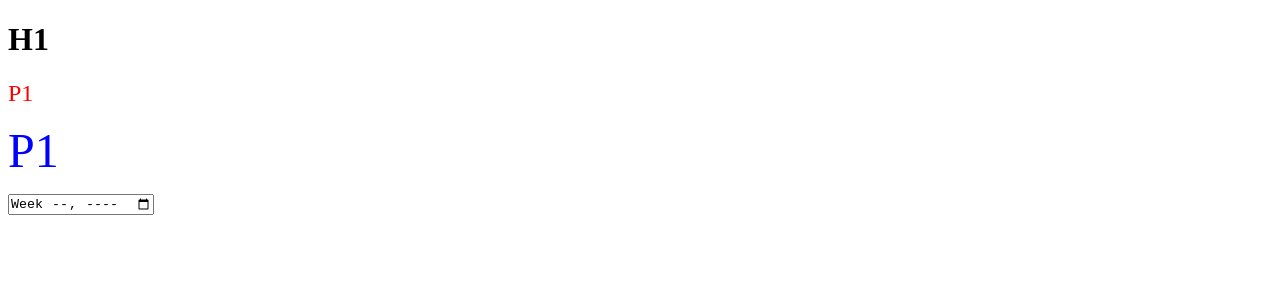
Repository: Vanh260703/Java-Servlet
Page: Bai1_HelloWorld/src/main/webapp/vidu.html
The author's editor kept a copy of each file at every save. The page is drawn from the files as they stood at one save, then again after the next save.
The browser window is 1280 px wide. The pictures show the whole page.

Above is the page before, as saved 2025-02-27 17:02:59.

### Bai1_HelloWorld/src/main/webapp/vidu.html
<!DOCTYPE html>
<html>
<head>
<meta charset="UTF-8">
<title>Insert title here</title>
</head>
<body>
	<h1>H1</h1>
	<p>
		<font color="red" size="5"> P1 </font>
	</p>

	<p>
		<font color="blue" size="10"> P1 </font>
	</p>

	<input type = "week">

</body>
</html>

After the next save:
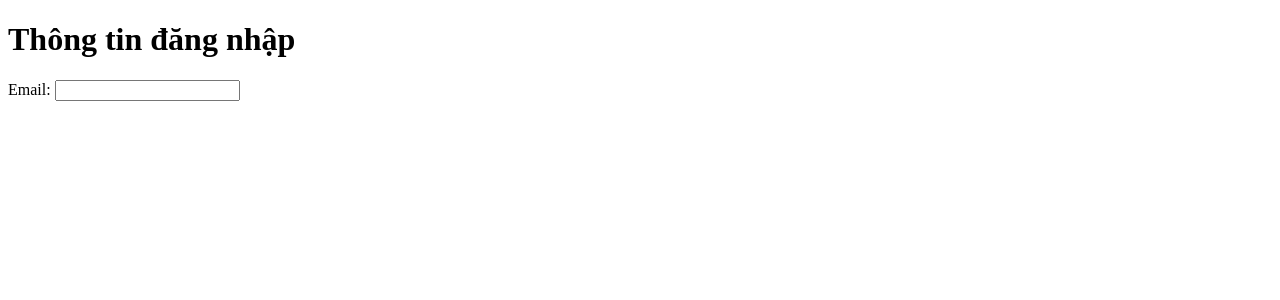
Saved 22 h 30 min later.
--- a/Bai1_HelloWorld/src/main/webapp/vidu.html
+++ b/Bai1_HelloWorld/src/main/webapp/vidu.html
@@ -5,16 +5,13 @@
 <title>Insert title here</title>
 </head>
 <body>
-	<h1>H1</h1>
-	<p>
-		<font color="red" size="5"> P1 </font>
-	</p>
-
-	<p>
-		<font color="blue" size="10"> P1 </font>
-	</p>
-
-	<input type = "week">
+	<form action="">
+		<h1>Thông tin đăng nhập</h1>
+		<div>
+		<label>Email:</label>
+		<input type = "email">
+		</div>
+	</form>
 
 </body>
 </html>
